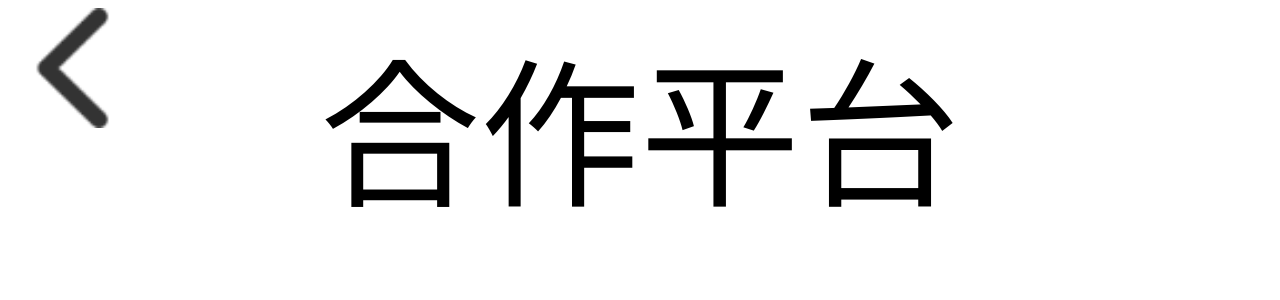
Repository: GgoodBoy/js-object
Page: jquery懒加载/platObj/platForm.html
An editor plug-in stored every save of this project. The page is shown before and after the next save, followed by the edit.
The browser window is 1280 px wide. The pictures show the whole page.
Some web libraries are served in a nearby version.

Above is the page before, as saved 2019-10-15 13:45:41.

After the next save:
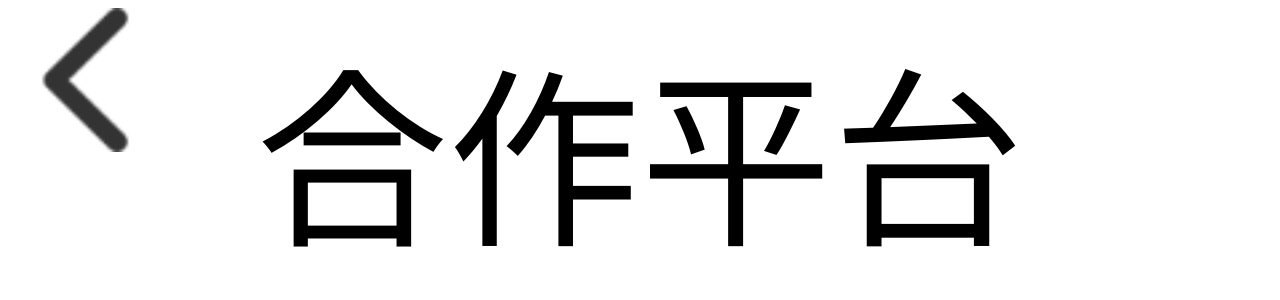
Saved 9 s later.
--- a/jquery懒加载/platObj/platForm.html
+++ b/jquery懒加载/platObj/platForm.html
@@ -25,7 +25,7 @@
         evt = "onorientationchange" in window ? "orientationchange" : "resize",
         fn = function() {
             var width = docEle.clientWidth;
-            width && (docEle.style.fontSize = Math.ceil(40 * (width / 320)) + "px");
+            width && (docEle.style.fontSize = Math.ceil(48 * (width / 320)) + "px");
         };
 
     win.addEventListener(evt, fn, false);
